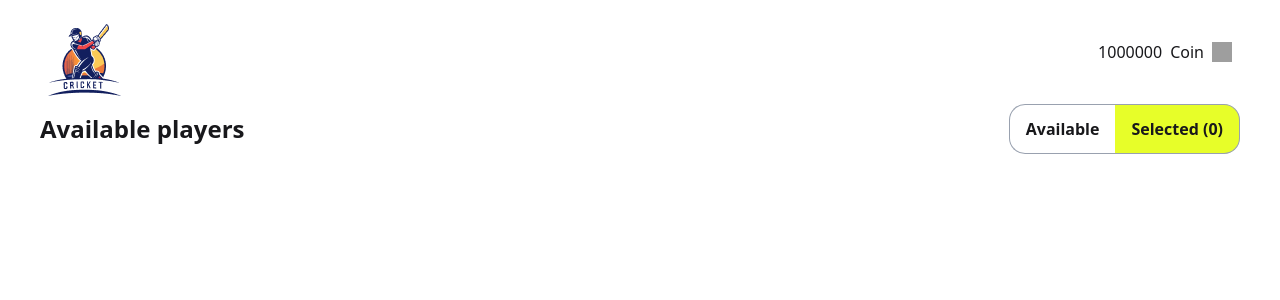
Repository: SanjidaSnigdha/Select-your-eleven
Page: /, after clicking the first element matching `button.rounded-r-2xl`
An editor plug-in stored every save of this project. The page is shown before and after the next save, followed by the edit.
The browser window is 1280 px wide. The pictures show the whole page.
Pictures or frames that could not be fetched are drawn as grey boxes. The project was rebuilt for these pictures with package versions that can differ from the ones it lists, and the page was loaded fresh each time. Also part of the build but not shown: vite.config.js, src/App.css.

Above is the page before, as saved 2026-03-21 19:09:20.

### index.html
<!doctype html>
<html lang="en" style="color-scheme: light;">
  <head>
    <meta charset="UTF-8" />
    <link rel="icon" type="image/svg+xml" href="/favicon.svg" />
    <meta name="viewport" content="width=device-width, initial-scale=1.0" />
    <title>select-your-eleven</title>
  </head>
  <body>
    <div id="root"></div>
    <script type="module" src="/src/main.jsx"></script>
  </body>
</html>

### src/index.css
 @import "tailwindcss";
 @plugin "daisyui" {
  themes: light --default, dark --prefersdark;
  themes: light --default;
 }

### src/App.jsx

import './App.css'
import AvailablePlayers from './components/AvailablePlayers/AvailablePlayers'
import SelectedPlayers from './components/SelectedPlayers/SelectedPlayers'
import Navbar from './components/Navbar/Navbar'
import { Suspense, useState } from 'react'

const fetchPlayers = async () =>{
  const res = await fetch("/players.json")
  return res.json()
}
const playersPromise = fetchPlayers()


function App() {
  const [toggle,setToggle] = useState(true)
  const [availableBalance,setAvailableBalance] = useState(1000000)
  const [purchasedPlayers,setPurchasedPlayers] = useState([])

  return (
    <>
   <Navbar availableBalance={availableBalance}></Navbar>
   <div className='max-w-[1200px] mx-auto flex justify-between items-center'>
    <h1 className='font-bold text-2xl'>Available players</h1>
    <div className='font-bold'>
      <button onClick={()=>setToggle(true)} className={`py-3 px-4 border-1 border-gray-400 rounded-l-2xl border-r-0 ${toggle===true?"bg-[#E7FE29]":""}`}>Available</button>
      <button onClick={()=>setToggle(false)} className={`py-3 px-4 border-1 border-gray-400 rounded-r-2xl border-l-0 ${toggle===false?"bg-[#E7FE29]":""}`}>Selected <span>(0)</span></button>
    </div>

   </div>

     {
      toggle === true?<Suspense fallback={<span className="loading loading-spinner loading-xl"></span>
}>
    <AvailablePlayers purchasedPlayers={purchasedPlayers} setPurchasedPlayers={setPurchasedPlayers} availableBalance={availableBalance} setAvailableBalance={setAvailableBalance} playersPromise={playersPromise}></AvailablePlayers>
</Suspense>:<SelectedPlayers purchasedPlayers={purchasedPlayers}></SelectedPlayers>

     }





    </>
  )
}

export default App

### src/components/AvailablePlayers/AvailablePlayers.jsx
import React, { use } from 'react';

import PlayerCard from '../PlayerCard/PlayerCard';

const AvailablePlayers = ({playersPromise,setAvailableBalance,availableBalance,purchasedPlayers,setPurchasedPlayers}) => {
    const playerData = use(playersPromise)
    return (
        <div className='max-w-[1200px] mx-auto grid grid-cols-1 md:grid-cols-3 gap-4'>

            {
              playerData.map(player=><PlayerCard setPurchasedPlayers={setPurchasedPlayers} purchasedPlayers={purchasedPlayers} availableBalance={availableBalance} setAvailableBalance={setAvailableBalance} player={player}></PlayerCard>


              )
            }

        </div>
    );
};

export default AvailablePlayers;

### src/components/SelectedPlayers/SelectedPlayers.jsx
import React from 'react';

const SelectedPlayers = ({purchasedPlayers}) => {
    console.log(purchasedPlayers)
    return (
        <div className='max-w-[1200px] mx-auto'>

        </div>
    );
};

export default SelectedPlayers;

### src/components/Navbar/Navbar.jsx
import React from 'react';
import navImg from "../../assets/logo.png"
import dollarImg from "../../assets/dollar-1.png"

const Navbar = ({availableBalance}) => {
    return (

         <div className="navbar max-w-[1200px] mx-auto">
          <div className="flex-1">
            <a className="text-xl">
              <img className="w-60px h-50px mt-4" src={navImg} alt="" />
           </a>
          </div>
          <div className="flex items-center gap-1">
          <span className='mr-1'>{availableBalance}</span>
          <span className='mr-1'>Coin</span>
          <img className="w-5 h-5" src={dollarImg} alt="" />
         </div>
       </div>
    );

};

export default Navbar;

### src/components/PlayerCard/PlayerCard.jsx
import React, { useState } from 'react';
import userImg from "../../assets/man.png"
import flagImg from "../../assets/flag.jpg"

const PlayerCard = ({player,setAvailableBalance,availableBalance,purchasedPlayers,setPurchasedPlayers}) => {
    const [isSelected,setIsSelected] = useState(false)

    const handleSelected = (playerData) =>{
        const playerPrice = parseInt(playerData.price.split("USD").join("").
                split(",").join(""))
                if(availableBalance<playerPrice){
                    alert("Not enough coins!!")
                    return
                }

         setIsSelected(true)
                setAvailableBalance(availableBalance - playerPrice);
                setPurchasedPlayers([...purchasedPlayers,playerData])


    };
    return (
                        <div className="card bg-base-100 shadow-sm p-4">
         <figure className="px-10 pt-10">
           <img
             src={player.player_image}
             alt="Shoes"
             className='w-full h-[280px] object-cover'
              />
         </figure>
         <div className="mt-4">
           <div className='flex'>
               <img className='w-8 h-8' src={userImg} alt="" /><h2 className='card-title ml-2'>{player.player_name}</h2>
           </div>
           <div className='flex justify-between mt-4 border-b-2 border-gray-400 pb-2'>
       <div className='flex items-center'>
           <img className='w-8 h-8' src={flagImg} alt="" />
           <span className='ml-2'>{player.player_country}</span>
           </div>
           <button className='btn'>{player.playing_role}</button>
           </div>
       <div className='flex justify-between font-bold'>
           <span>{player.rating}</span>

       </div>
       <div className='flex justify-between mt-4'>
           <span className='font-bold'>{player.bating_style}</span>
           <span>{player.bowling_style}</span>
       </div>

           <div className="card-actions mt-3 flex justify-between items-center">
               <p className='font-bold'>${player.price}</p>
             <button disabled={isSelected} onClick={()=>{handleSelected(player)

             }} className="btn">{isSelected===true?"Selected":"Choose player"}</button>
           </div>
         </div>
       </div>
    );
};

export default PlayerCard;

### public/players.json
[
  {
    "player_image": "https://i.ibb.co.com/CKt7DdsZ/shakib-al-hasan-smiling-8olow941lckcha6b.jpg",
    "player_name": "Shakib Al Hasan",
    "player_country": "Bangladesh",
    "playing_role": "All-Rounder",
    "rating": 9.5,
    "bating_style": "Left-hand bat",
    "bowling_style": "Slow left-arm orthodox",
    "price": "75,000 USD"
  },
  {
    "player_image": "https://i.ibb.co.com/WWKnGkNs/Faf-du-Plessis.jpg",
    "player_name": "Faf du Plessis",
    "player_country": "South Africa",
    "playing_role": "Batsman",
    "rating": 9.0,
    "bating_style": "Right-hand bat",
    "bowling_style": "Right-arm medium",
    "price": "70,000 USD"
  },
  {
    "player_image": "https://i.ibb.co.com/XZxnnz3F/Rashid-Khan.jpg",
    "player_name": "Rashid Khan",
    "player_country": "Afghanistan",
    "playing_role": "Bowler",
    "rating": 9.8,
    "bating_style": "Right-hand bat",
    "bowling_style": "Right-arm leg spin",
    "price": "85,000 USD"
  },
  {
    "player_image": "https://i.ibb.co.com/4w5xgSNn/liton-das.jpg",
    "player_name": "Liton Das",
    "player_country": "Bangladesh",
    "playing_role": "Wicketkeeper-Batsman",
    "rating": 8.7,
    "bating_style": "Right-hand bat",
    "bowling_style": "None",
    "price": "60,000 USD"
  },
  {
    "player_image": "https://i.ibb.co.com/391gsfv8/Andre-Russell.jpg",
    "player_name": "Andre Russell",
    "player_country": "West Indies",
    "playing_role": "All-Rounder",
    "rating": 9.6,
    "bating_style": "Right-hand bat",
    "bowling_style": "Right-arm fast",
    "price": "90,000 USD"
  },
  {
    "player_image": "https://i.ibb.co.com/67D8FvCn/Mustafizur-Rahman.webp",
    "player_name": "Mustafizur Rahman",
    "player_country": "Bangladesh",
    "playing_role": "Bowler",
    "rating": 8.9,
    "bating_style": "Left-hand bat",
    "bowling_style": "Left-arm fast-medium",
    "price": "65,000 USD"
  },
  {
    "player_image": "https://i.ibb.co.com/h1wRWkVC/David-Warner.jpg",
    "player_name": "David Warner",
    "player_country": "Australia",
    "playing_role": "Batsman",
    "rating": 9.4,
    "bating_style": "Left-hand bat",
    "bowling_style": "Right-arm leg spin",
    "price": "95,000 USD"
  },
  {
    "player_image": "https://i.ibb.co.com/0VsmTGGY/Sunil-Narine.jpg",
    "player_name": "Sunil Narine",
    "player_country": "West Indies",
    "playing_role": "All-Rounder",
    "rating": 9.2,
    "bating_style": "Left-hand bat",
    "bowling_style": "Right-arm off spin",
    "price": "80,000 USD"
  },
  {
    "player_image": "https://i.ibb.co.com/HpkRbDz3/Babar.png",
    "player_name": "Babar Azam",
    "player_country": "Pakistan",
    "playing_role": "Batsman",
    "rating": 9.3,
    "bating_style": "Right-hand bat",
    "bowling_style": "None",
    "price": "92,000 USD"
  },
  {
    "player_image": "https://i.ibb.co.com/dsk08w2x/Lasith-Malinga1.jpg",
    "player_name": "Lasith Malinga",
    "player_country": "Sri Lanka",
    "playing_role": "Bowler",
    "rating": 9.1,
    "bating_style": "Right-hand bat",
    "bowling_style": "Right-arm fast",
    "price": "78,000 USD"
  },
  {
    "player_image": "https://i.ibb.co.com/s9vHr4tS/Ben-Stokes.png",
    "player_name": "Ben Stokes",
    "player_country": "England",
    "playing_role": "All-Rounder",
    "rating": 9.7,
    "bating_style": "Left-hand bat",
    "bowling_style": "Right-arm fast-medium",
    "price": "100,000 USD"
  },
  {
    "player_image": "https://i.ibb.co.com/gFhPmT1c/Quinton-de-Kock1.jpg",
    "player_name": "Quinton de Kock",
    "player_country": "South Africa",
    "playing_role": "Wicketkeeper-Batsman",
    "rating": 9.0,
    "bating_style": "Left-hand bat",
    "bowling_style": "None",
    "price": "88,000 USD"
  }
]

### src/components/SelectedCard/SelectedCard.jsx
import React from 'react';

const SelectedCard = () => {
    return (
         <div className='border-2 p-3 border-gray-300 flex justify-between items-center rounded-xl'>
            <div className='flex items-center'>
                <img src="" className='h-[50px] w-[50px] rounded-xl' alt="" />
                <div className='ml-2'>
                    <h1>Tamim</h1>
                    <p className='text-xs'>Left-Hand-Bat</p>
                </div>

            </div>
            <div>
                <img src="https://i.ibb.co.com/HTN200Jz/delete.png" className='w-[40px] h-[30px]' alt="" />
            </div>

           </div>
    );
};

export default SelectedCard;

Loaded but not shown: src/main.jsx (common file)

After the next save:
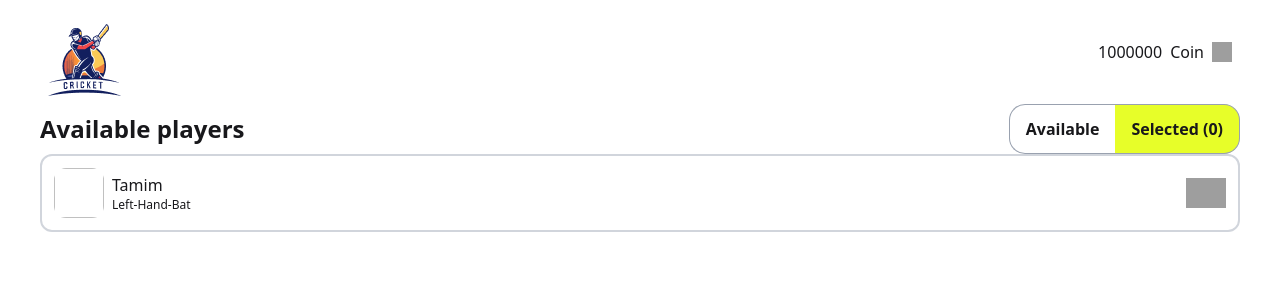
Saved 2 min 19 s later.
--- a/src/components/SelectedPlayers/SelectedPlayers.jsx
+++ b/src/components/SelectedPlayers/SelectedPlayers.jsx
@@ -1,10 +1,11 @@
 import React from 'react';
+import SelectedCard from '../SelectedCard/SelectedCard';
 
 const SelectedPlayers = ({purchasedPlayers}) => {
     console.log(purchasedPlayers)
     return (
         <div className='max-w-[1200px] mx-auto'>
-
+          <SelectedCard></SelectedCard>
         </div>
     );
 };
